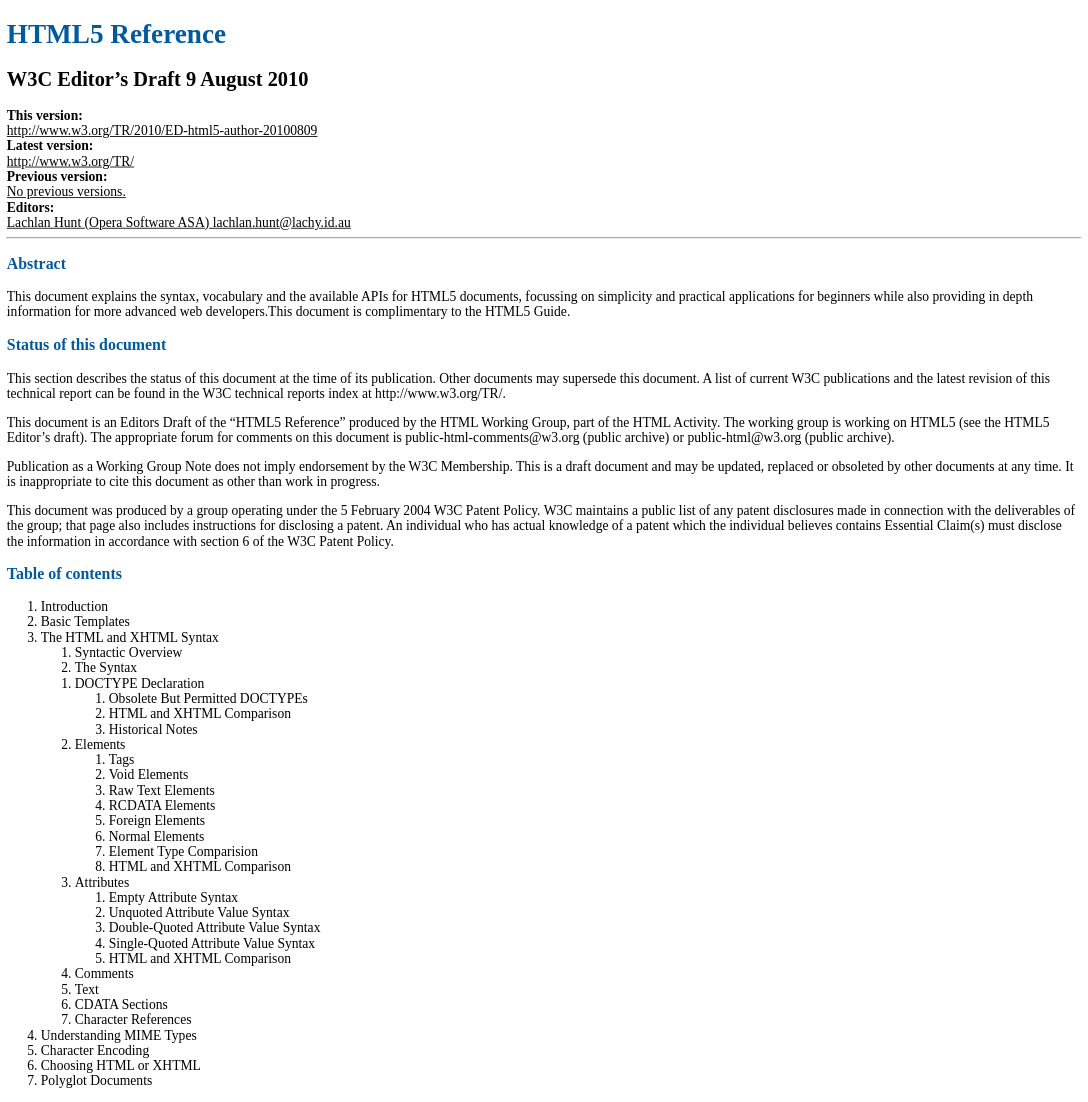
Repository: Hswwwww/WEB
Page: ClientTest/src/main/webapp/html/Q005.html
These files come from the project's save history. The page is drawn as it stood at one moment and after the next save; the edit follows.
The browser window is 1280 px wide. The pictures show the whole page, at 85% of full size.

Above is the page before, as saved 2024-03-13 02:48:01.

After the next save:
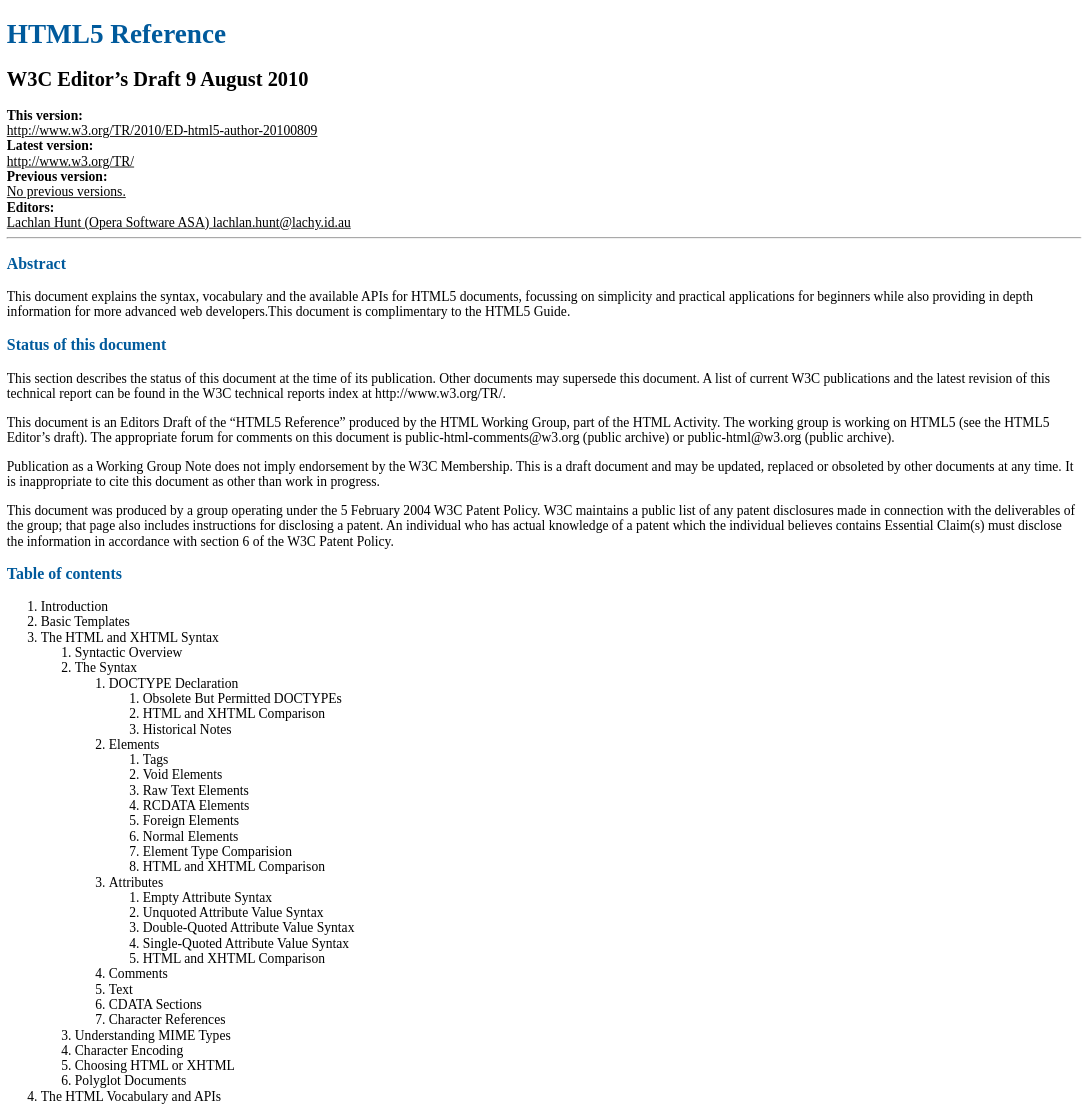
Saved 47 s later.
--- a/ClientTest/src/main/webapp/html/Q005.html
+++ b/ClientTest/src/main/webapp/html/Q005.html
@@ -40,7 +40,7 @@
 			<ol>
 			<li>Syntactic Overview</li>
 			<li>The Syntax</li>
-			</ol>
+
 				<ol>
 				<li>DOCTYPE Declaration</li>
 					<ol>
@@ -77,7 +77,8 @@
 		<li>Character Encoding</li>
 		<li>Choosing HTML or XHTML</li>
 		<li>Polyglot Documents</li>
-
+		</ol>
+		<li>The HTML Vocabulary and APIs</li>
 	</ol>
 
 
